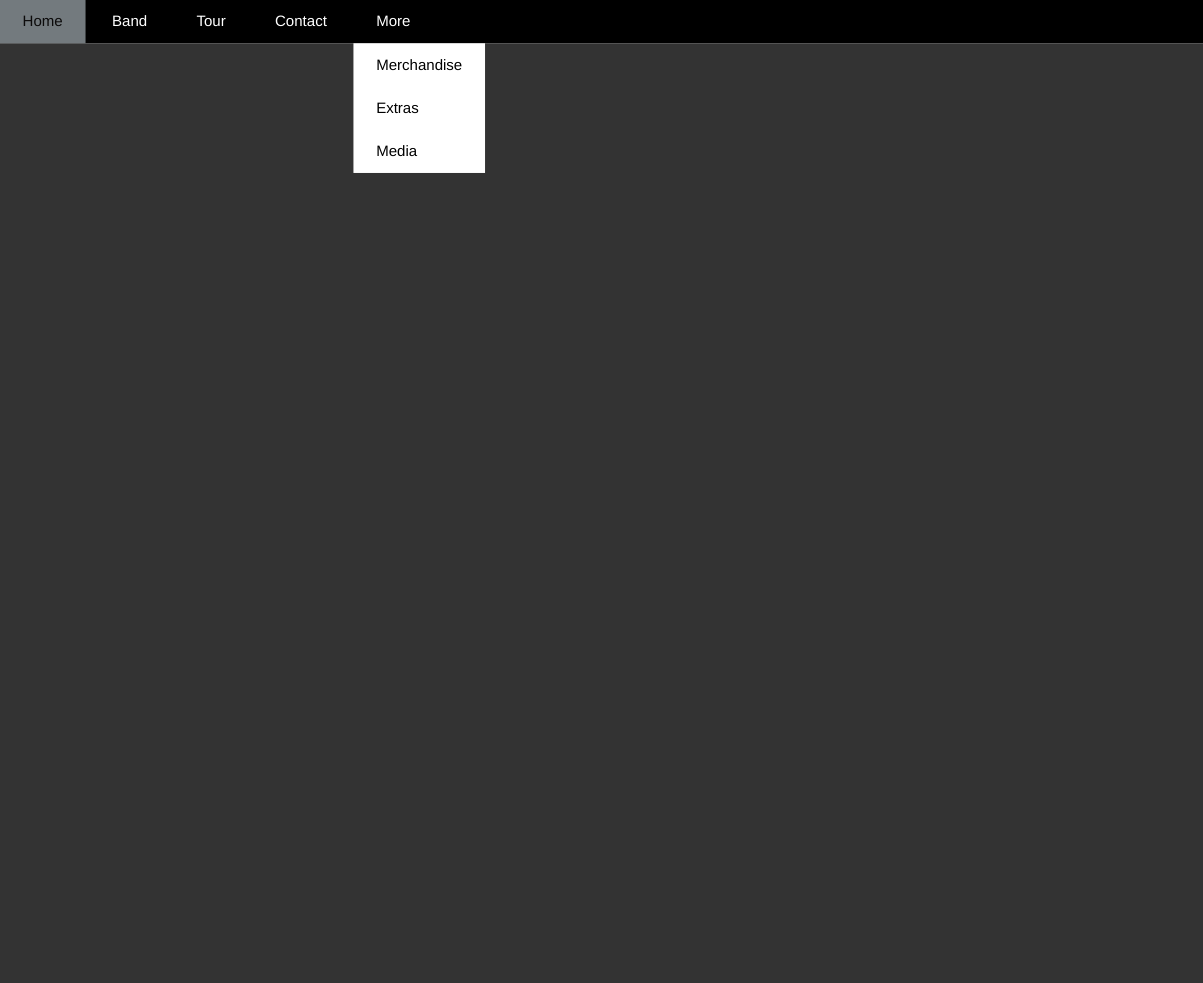
Repository: anhviet-key/hello-cac-ban
Page: HTMS_CSS ZERO 0/index.html
An editor plug-in stored every save of this project. The page is shown before and after the next save, followed by the edit.
The browser window is 1280 px wide. The pictures show the whole page, at 94% of full size.

Above is the page before, as saved 2021-10-03 22:51:17.

### HTMS_CSS ZERO 0/index.html
<!DOCTYPE html>
<html lang="en">

<head>
    <meta charset="UTF-8">
    <meta http-equiv="X-UA-Compatible" content="IE=edge">
    <meta name="viewport" content="width=device-width, initial-scale=1.0">
    <title>Document</title>
    <link rel="stylesheet" href="./assets/css/style.css">
</head>

<body>
    <!--TODO: Let`s go-->
    <div id="main">
        <div id="header">
            <ul id="nav">
                <li>
                    <a href="#">Home</a>
                </li>
                <li>
                    <a href="#">Band</a>
                </li>
                <li>
                    <a href="#">Tour</a>
                </li>
                <li>
                    <a href="#">Contact</a>
                </li>
                <li>
                    <a href="#">More</a>
                    <ul class="subnav">
                        <li>
                            <a href="">Merchandise</a>
                        </li>
                        <li>
                            <a href="">Extras</a>
                        </li>
                        <li>
                            <a href="">Media</a>
                        </li>
                    </ul>
                </li>
            </ul>
        </div>
        <div id="slider">

        </div>
        <div id="content">
            <div class="slibar">

            </div>
        </div>
        <div id="footer">
            <div>

            </div>
        </div>
    </div>
</body>

</html>

### HTMS_CSS ZERO 0/assets/css/style.css
* {
    margin: 0;
    padding: 0;
    box-sizing: border-box;
}

html {
    font-family: helvetica, arial, sans-serif;
}

#main {}

#header {
    height: 46px;
    background-color: black;
}

#nav {}

#nav li {
    display: inline-block;
    position: relative;
}

#nav>li>a {
    color: #fff;
}

#nav li a {
    /* color: #fff; */
    text-decoration: none;
    line-height: 46px;
    padding: 0px 24px;
    display: inline-block;
}

#nav .subnav li:hover a,
#nav>li:hover>a {
    color: rgb(12, 11, 11);
    background-color: rgb(115, 122, 126);
}

#nav .subnav {
    /* display: none; */
    position: absolute;
    background-color: #fff;
}

#nav .subnav a {
    color: black;
}

#slider {
    min-height: 1000px;
    background-color: #333;
}

#content #footer

After the next save:
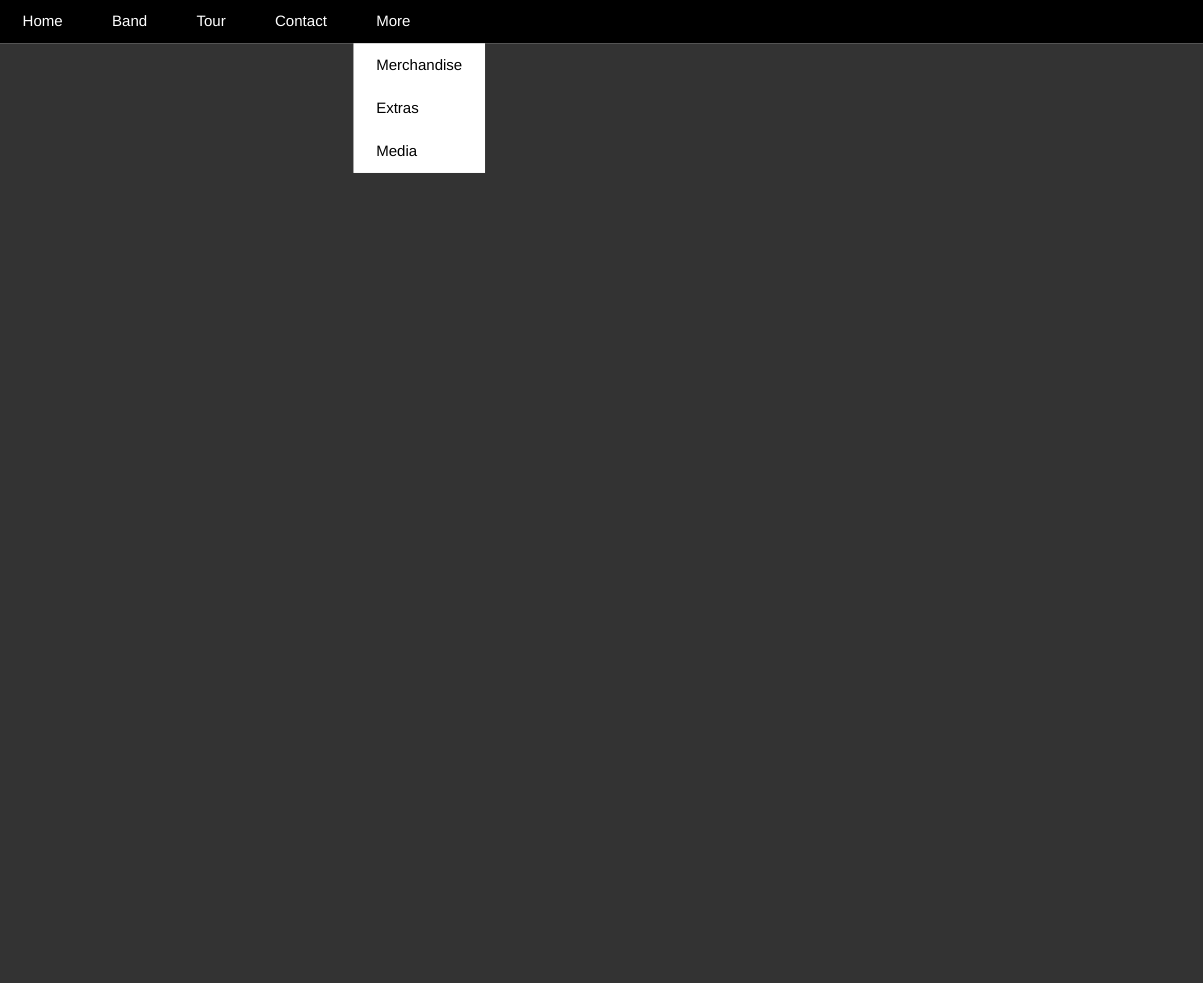
Saved 25 s later.
--- a/HTMS_CSS ZERO 0/assets/css/style.css
+++ b/HTMS_CSS ZERO 0/assets/css/style.css
@@ -34,8 +34,7 @@
     display: inline-block;
 }
 
-#nav .subnav li:hover a,
-#nav>li:hover>a {
+#nav .subnav li:hover a {
     color: rgb(12, 11, 11);
     background-color: rgb(115, 122, 126);
 }

After the 2 saves that followed:
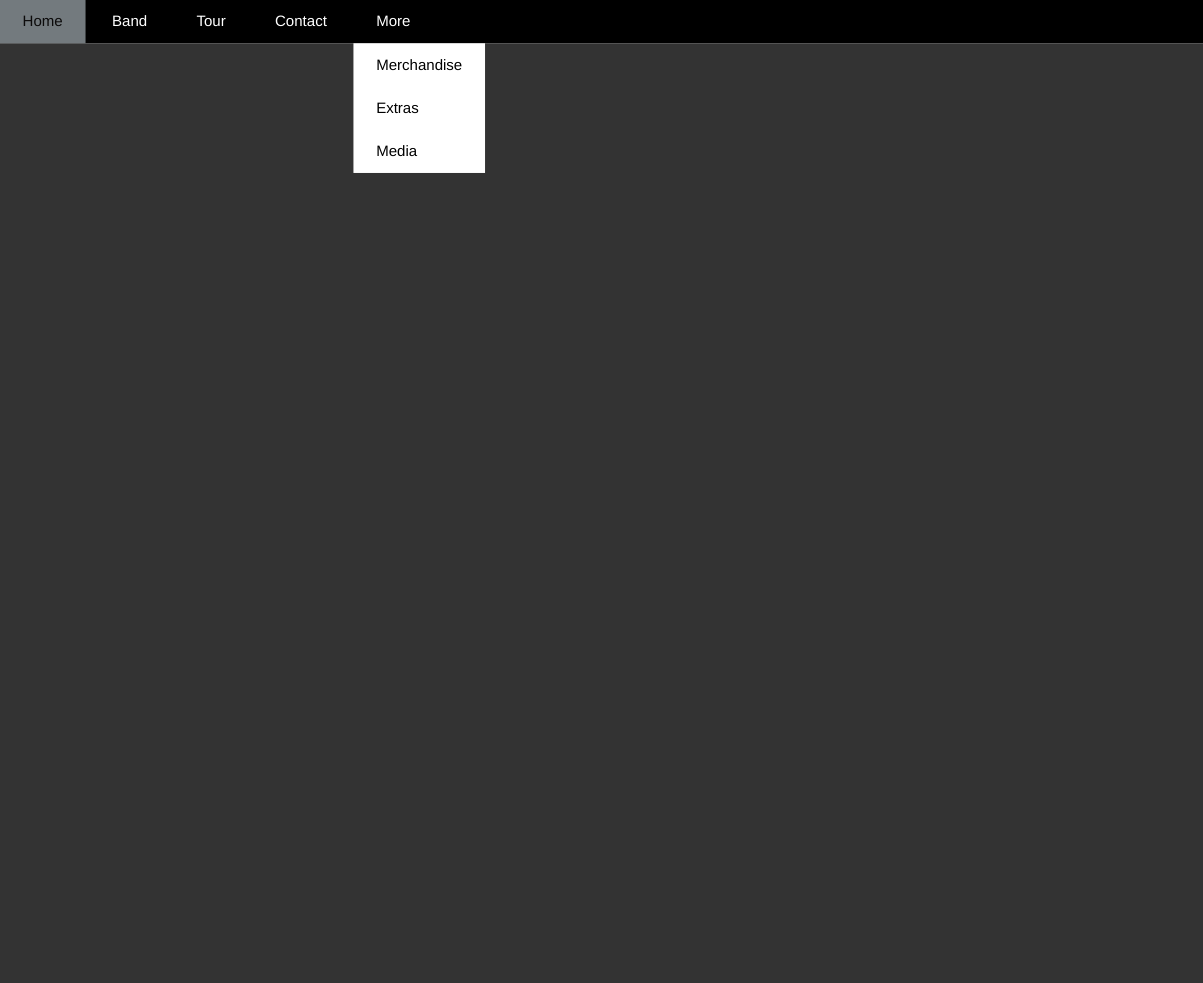
The 2 saves are shown as one change because 1 left the picture as it was.
The last was saved 9 s later.
--- a/HTMS_CSS ZERO 0/assets/css/style.css
+++ b/HTMS_CSS ZERO 0/assets/css/style.css
@@ -34,6 +34,7 @@
     display: inline-block;
 }
 
+#nav>li:hover>a,
 #nav .subnav li:hover a {
     color: rgb(12, 11, 11);
     background-color: rgb(115, 122, 126);
